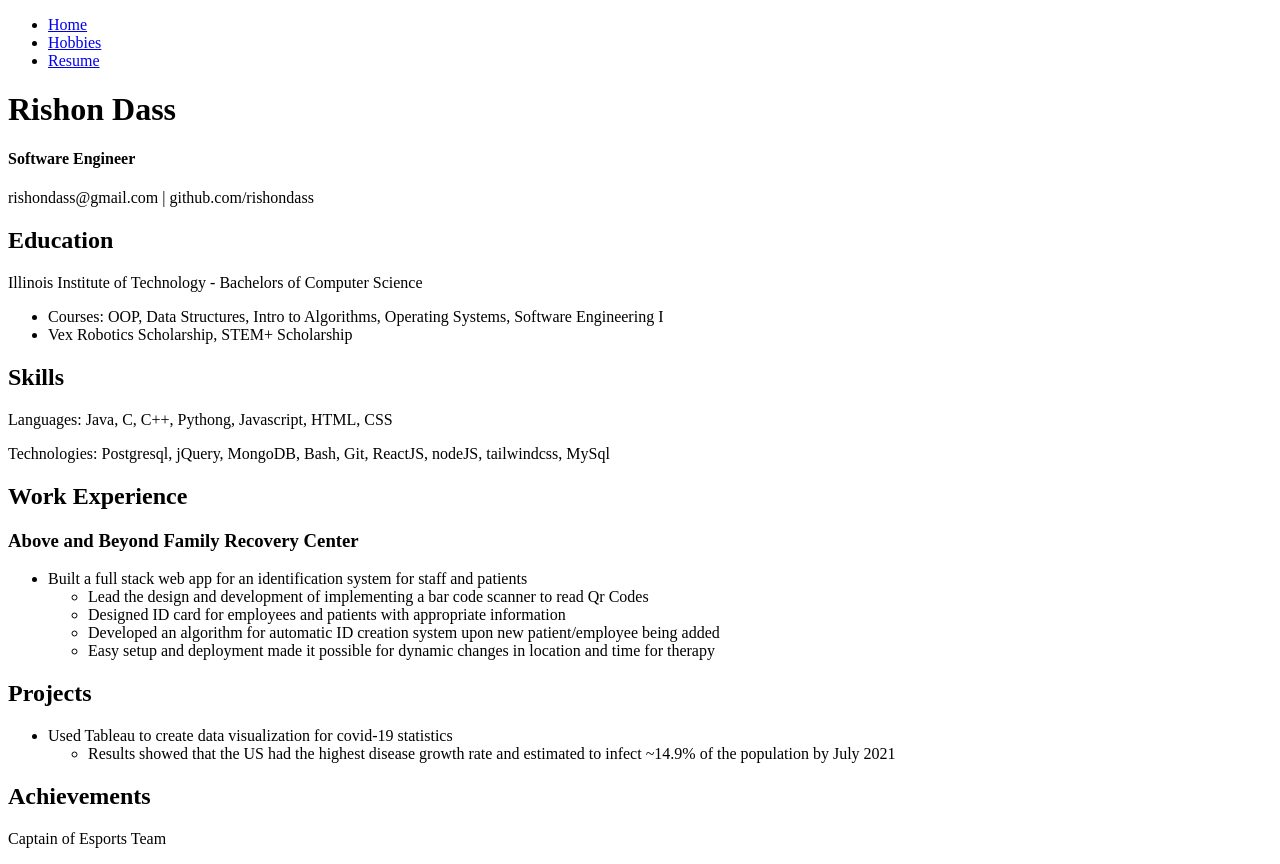
Repository: rishondass/ITMD361-Project1
Page: resume.html
The author's editor kept a copy of each file at every save. The page is drawn from the files as they stood at one save, then again after the next save.
The browser window is 1280 px wide. The pictures show the whole page.

Above is the page before, as saved 2023-02-22 15:24:42.

### resume.html
<!DOCTYPE html>
<html lang="en">
<head>
    <meta charset="UTF-8">
    <meta name="viewport" content="width=device-width, initial-scale=1.0">
    <title>Resume</title>
</head>
<body>
    <nav>
        <ul>
            <li>
                <a href="index.html">Home</a>
            </li>
            <li>
                <a href="hobbies.html">Hobbies</a>
            </li>
            <li>
                <a href="resume.html">Resume</a>
            </li>
        </ul>
    </nav>
    <div>
        <h1>
            Rishon Dass
        </h1>
        <h4>
            Software Engineer
        </h4>
        <p>
            rishondass@gmail.com | github.com/rishondass
        </p>
    </div>
    <div>
        <h2>
            Education
        </h2>
        <p>
            Illinois Institute of Technology - Bachelors of Computer Science
        </p>
        <ul>
            <li>
                Courses: OOP, Data Structures, Intro to Algorithms, Operating Systems, Software Engineering I
            </li>
            <li>
                Vex Robotics Scholarship, STEM+ Scholarship
            </li>
        </ul>
    </div>
    <div>
        <h2>
            Skills
        </h2>
        <p>
            Languages: Java, C, C++, Pythong, Javascript, HTML, CSS
        </p>
        <p>
            Technologies: Postgresql, jQuery, MongoDB, Bash, Git, ReactJS, nodeJS, tailwindcss, MySql
        </p>
    </div>
    <div>
        <h2>
            Work Experience
        </h2>
        <h3>
            Above and Beyond Family Recovery Center
        </h3>
        <ul>
            <li>
                Built a full stack web app for an identification system for staff and patients
                <ul>
                    <li>
                        Lead the design and development of implementing a bar code scanner to read Qr Codes
                    </li>
                    <li>
                        Designed ID card for employees and patients with appropriate information
                    </li>
                    <li>
                        Developed an algorithm for automatic ID creation system upon new patient/employee being added
                    </li>
                    <li>
                        Easy setup and deployment made it possible for dynamic changes in location and time for therapy
                    </li>
                </ul>
            </li>
        </ul>
    </div>

    <div>
        <h2>
            Projects
        </h2>
        <ul>
            <li>
                Used Tableau to create data visualization for covid-19 statistics
                <ul>
                    <li>
                        Results showed that the US had the highest disease growth rate and estimated to infect ~14.9% of the
                        population by July 2021
                    </li>
                </ul>
            </li>
        </ul>
    </div>
    <div>
        <h2>
            Achievements
        </h2>
        <p>
            Captain of Esports Team
        </p>
    </div>
</body>
</html>

After the next save:
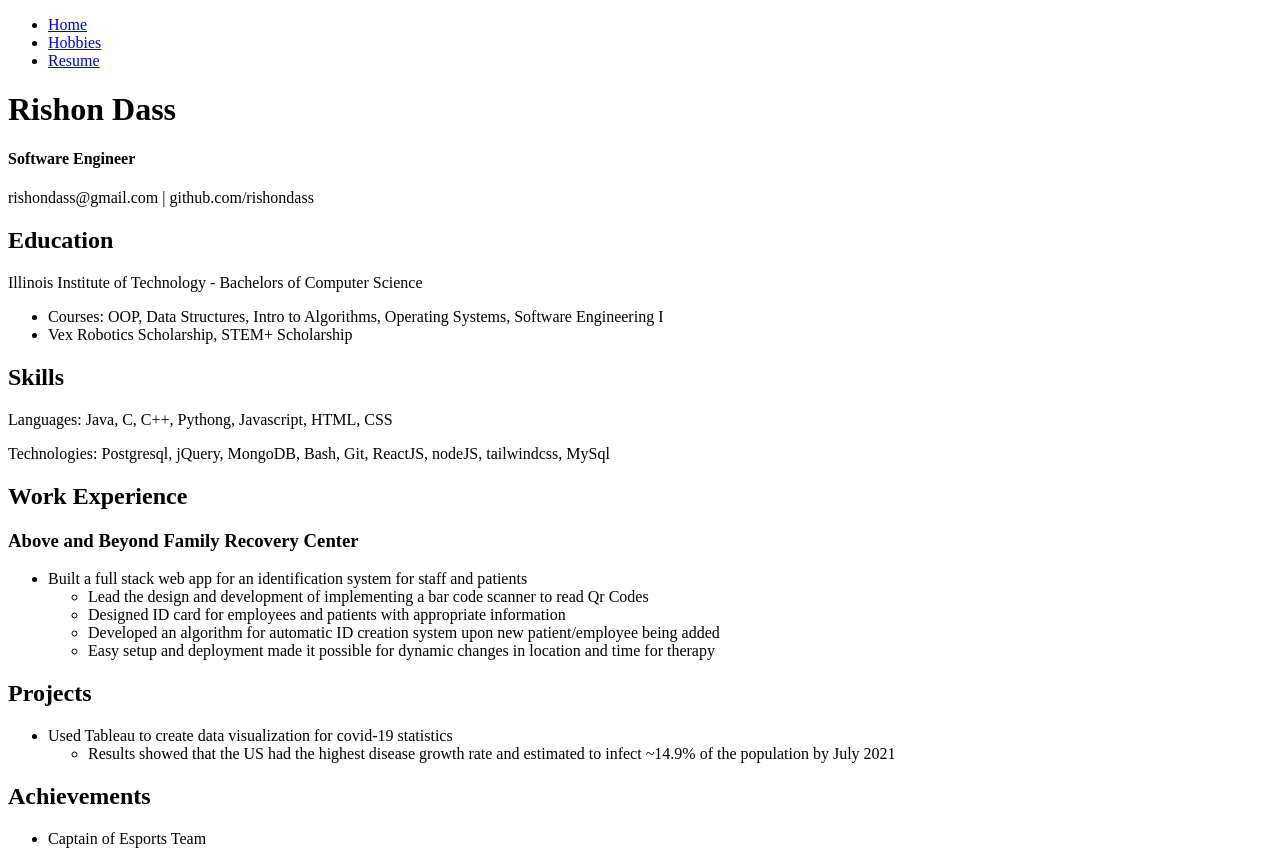
Saved 7 s later.
--- a/resume.html
+++ b/resume.html
@@ -105,9 +105,11 @@
         <h2>
             Achievements
         </h2>
-        <p>
-            Captain of Esports Team
-        </p>
+        <ul>
+            <li>
+                Captain of Esports Team
+            </li>
+        </ul>
     </div>
 </body>
 </html>
